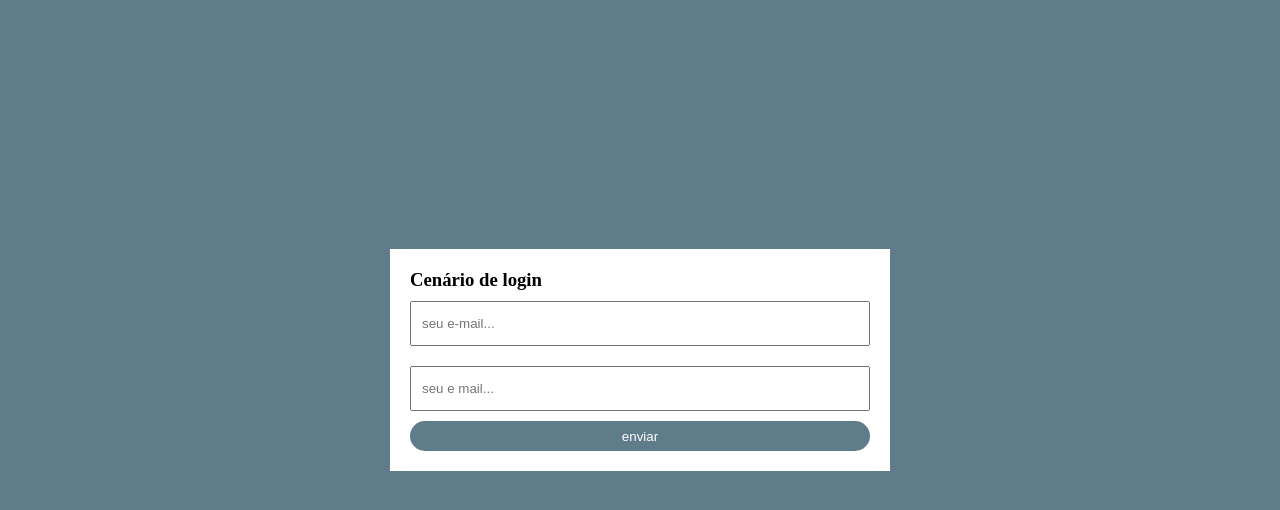
Repository: josceno/Sistema-para-controle-de-experimenta-o-animal
Page: index.html
An editor plug-in stored every save of this project. The page is shown before and after the next save, followed by the edit.
The browser window is 1280 px wide. The pictures show the whole page.

Above is the page before, as saved 2021-09-13 15:47:13.

After the next save:
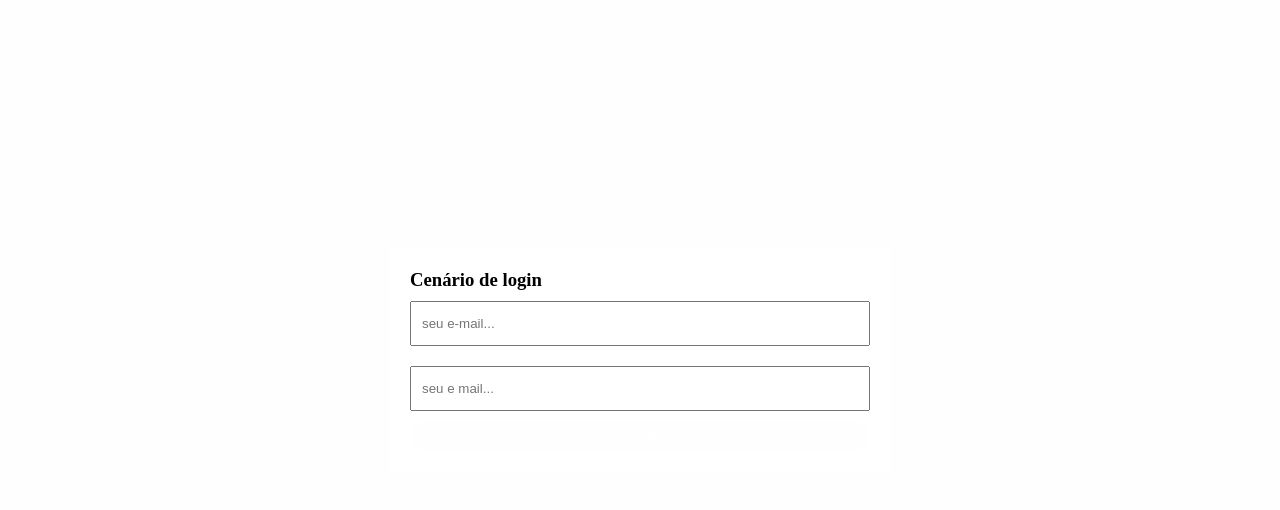
Saved 6 min 25 s later.
--- a/index.html
+++ b/index.html
@@ -7,7 +7,7 @@
         *{margin:0; padding:0;box-sizing: border-box;}
         body
         {
-            background-color: #5f7C8A;
+            background-color: #FF3B1101;
         }
         form
         {
@@ -34,7 +34,7 @@
             width: 100%;
             height:30px;
             cursor: pointer;
-            background : #5f7C8A;
+            background : #FF3B1101;
             color: white;
             border: 0;
             border-radius:20px;
